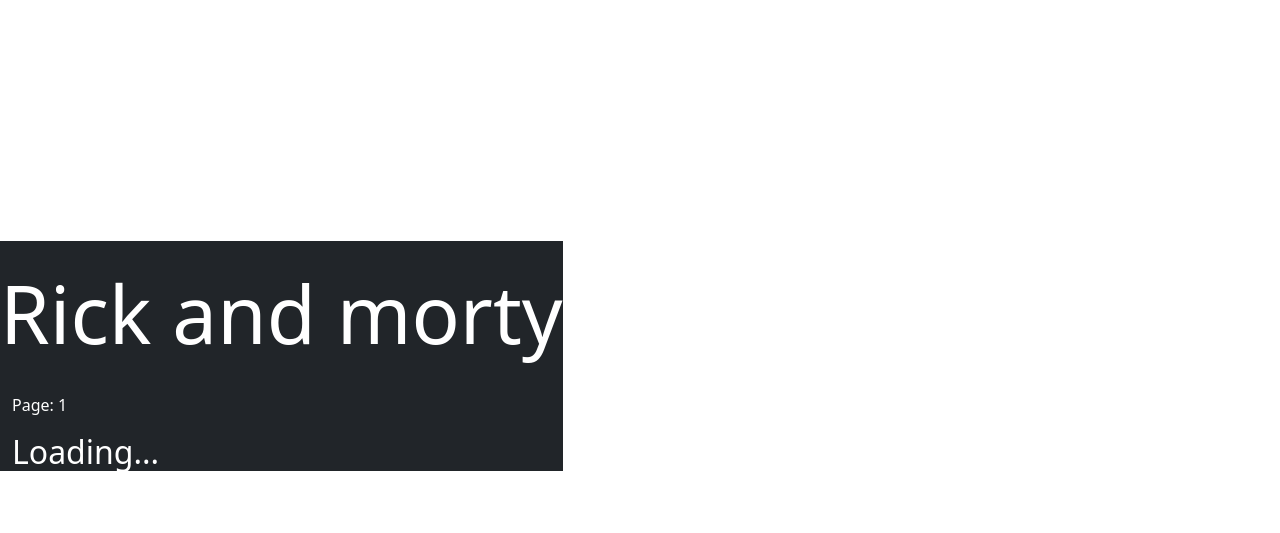
Repository: Ellisvelandia/react-rick-and-morty
Page: /
The author's editor kept a copy of each file at every save. The page is drawn from the files as they stood at one save, then again after a run of saves.
The browser window is 1280 px wide. The pictures show the whole page.
The page's requests for data from a server got no answer. The project was rebuilt for these pictures with package versions that can differ from the ones it lists, and the page was loaded fresh each time. No one was signed in, and anything a server would have sent is missing. Also part of the build but not shown: vite.config.js, src/components/Character.jsx.

Above is the page before, as saved 2022-09-08 17:12:36.

### index.html
<!DOCTYPE html>
<html lang="en">
  <head>
    <meta charset="UTF-8" />
    <link rel="icon" type="image/svg+xml" href="/vite.svg" />
    <meta name="viewport" content="width=device-width, initial-scale=1.0" />
    <link href="https://cdn.jsdelivr.net/npm/bootstrap@5.2.1/dist/css/bootstrap.min.css" rel="stylesheet" integrity="sha384-iYQeCzEYFbKjA/T2uDLTpkwGzCiq6soy8tYaI1GyVh/UjpbCx/TYkiZhlZB6+fzT" crossorigin="anonymous">
    <title>Rick and Morty</title>
  </head>
  <body>
    <div id="root"></div>
    <script type="module" src="/src/main.jsx"></script>
    <script src="https://cdn.jsdelivr.net/npm/bootstrap@5.2.1/dist/js/bootstrap.bundle.min.js" integrity="sha384-u1OknCvxWvY5kfmNBILK2hRnQC3Pr17a+RTT6rIHI7NnikvbZlHgTPOOmMi466C8" crossorigin="anonymous"></script>
  </body>
</html>

### src/App.jsx
import CharacterList from "./components/CharacterList";

function App() {
  return (
    <div className="bg-dark text-white">
      <h1 className="text-center display-1 py-4">Rick and morty</h1>
      <CharacterList />
    </div>
  );
}

export default App;

### src/components/CharacterList.jsx
import React, { useEffect, useState } from "react";
import Character from "./Character";

function NavPage() {
  return (
    <header>
      <p>Page: 1</p>
    </header>
  )
}

function CharacterList() {
  const [characters, setCharacters] = useState([]);
  const [loading, setLoading] = useState(true);

  useEffect(() => {
    async function fectData() {
      const response = await fetch("https://rickandmortyapi.com/api/character");
      const data = await response.json();
      setLoading(false);
      setCharacters(data.results);
    }
    fectData();
  }, []);

  return (
    <div className="container">
      <NavPage />

      {loading ? (
        <h2>Loading...</h2>
      ) : (
        <div className="row">
          {characters.map((character) => {
            return (
              <div className="col-md-4" key={character.id}>
                <Character character={character} />
              </div>
            );
          })}
        </div>
      )}
    </div>
  );
}

export default CharacterList;

Loaded but not shown: src/main.jsx (common file); src/index.css (common file)

After the next 4 saves:
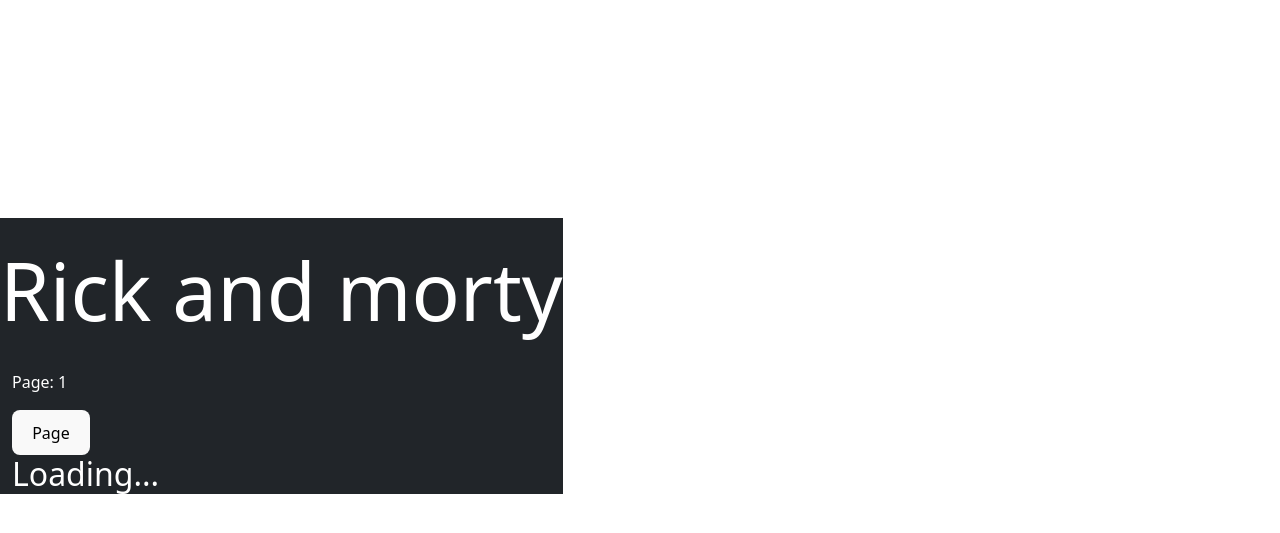
The 4 saves are shown as one change because they came seconds apart.
The last was saved 11 s later.
--- a/src/components/CharacterList.jsx
+++ b/src/components/CharacterList.jsx
@@ -5,6 +5,9 @@
   return (
     <header>
       <p>Page: 1</p>
+      <button>
+        Page
+      </button>
     </header>
   )
 }
